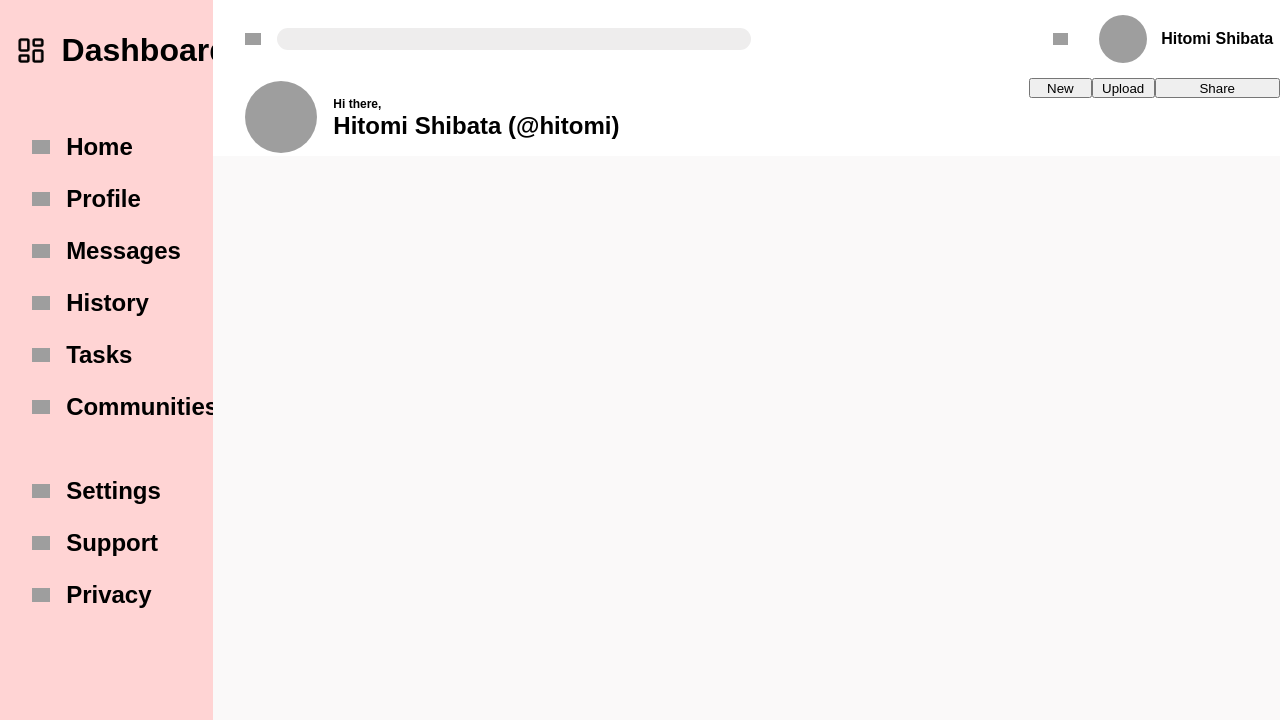
Repository: yeetzpxoci/dashboard
Page: index.html
These files come from the project's save history. The page is drawn as it stood at one moment and after a run of saves; the edit follows.
The browser window is 1280 px wide. The pictures show the whole page.
Pictures or frames that could not be fetched are drawn as grey boxes.

Above is the page before, as saved 2023-02-18 13:35:32.

After the next 2 saves:
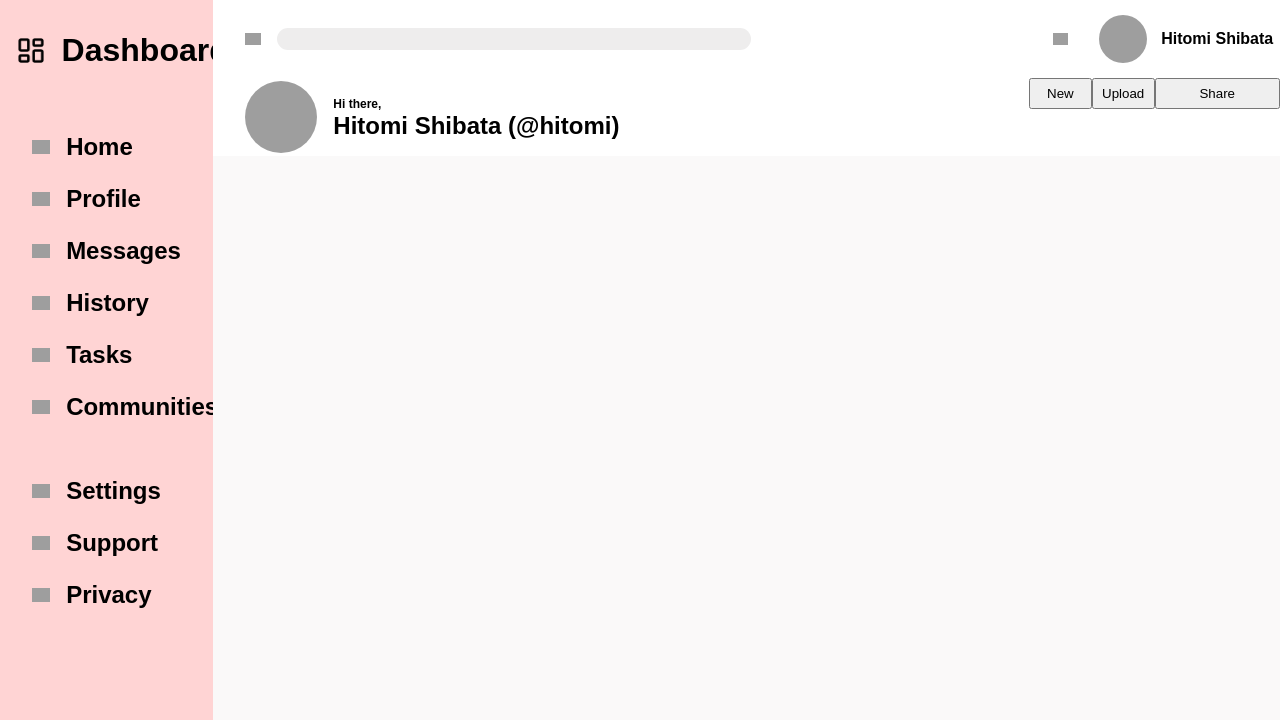
The 2 saves are shown as one change because they came seconds apart.
The last was saved 12 s later.
--- a/styles.css
+++ b/styles.css
@@ -130,7 +130,7 @@ body {
 }
 
 button {
-    height: 25%;
+    height: 40%;
 }
 
 .main-content {
